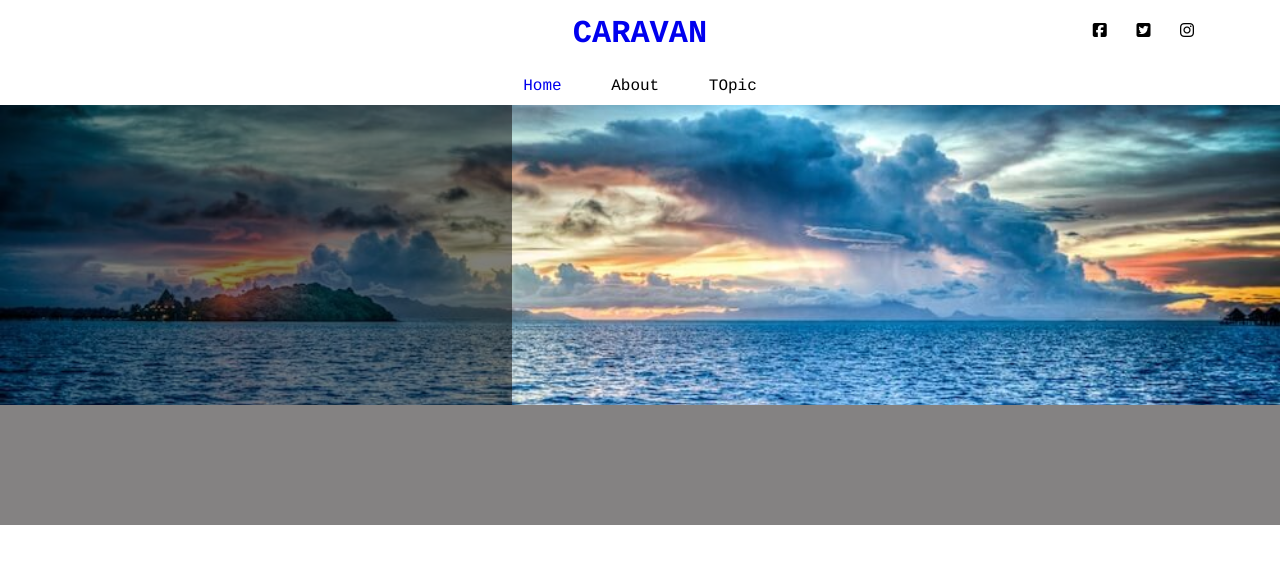
Repository: wakasugisatoi/git
Page: caravan/index2.html
The author's editor kept a record of every edit. The page is drawn from the files as they stood at one moment, then again after the next edit.
The browser window is 1280 px wide. The pictures show the whole page.
Some web libraries are served in a nearby version.

Above is the page before.

After the next edit:
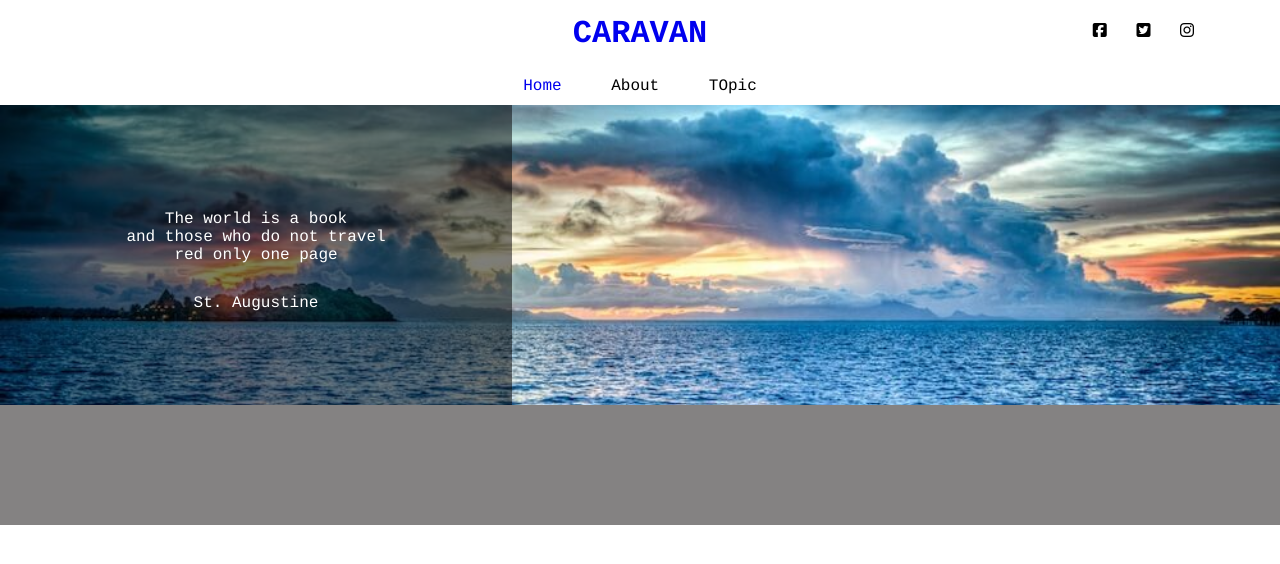
The edit:
--- a/caravan/index2.html
+++ b/caravan/index2.html
@@ -44,14 +44,14 @@
     <div class="main-visual">
       <!--main-visual内の枠づくり-->
       <div class="main-visual-content">
-        <!--<p class="main-visual-text">-->
-          <!--The world is a book<br/>-->
-          <!--and those who do not travel<br/>-->
-          <!--red only one page-->
-        <!--</p>-->
-        <!--<p class="main-visual-name">-->
-          <!--St. Augustine-->
-        <!--</p>-->
+        <p class="main-visual-text">
+          The world is a book<br/>
+          and those who do not travel<br/>
+          red only one page
+        </p>
+        <p class="main-visual-name">
+          St. Augustine
+        </p>
       </div>
     </div>
 
